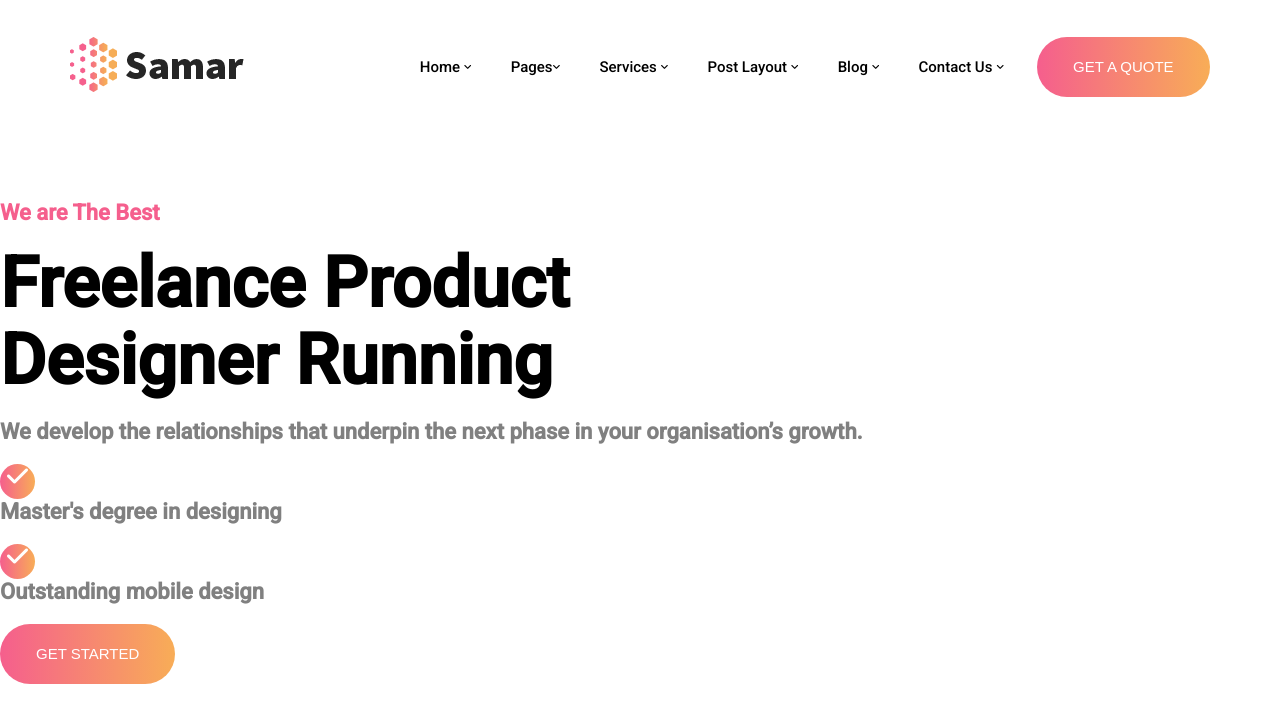
Repository: truongcongtrung2709/truongcongtrung__samar
Page: index.html
An editor plug-in stored every save of this project. The page is shown before and after the next save, followed by the edit.
The browser window is 1280 px wide. The pictures show the whole page.
Some web libraries are served in a nearby version.

Above is the page before, as saved 2022-06-22 21:13:58.

After the next save:
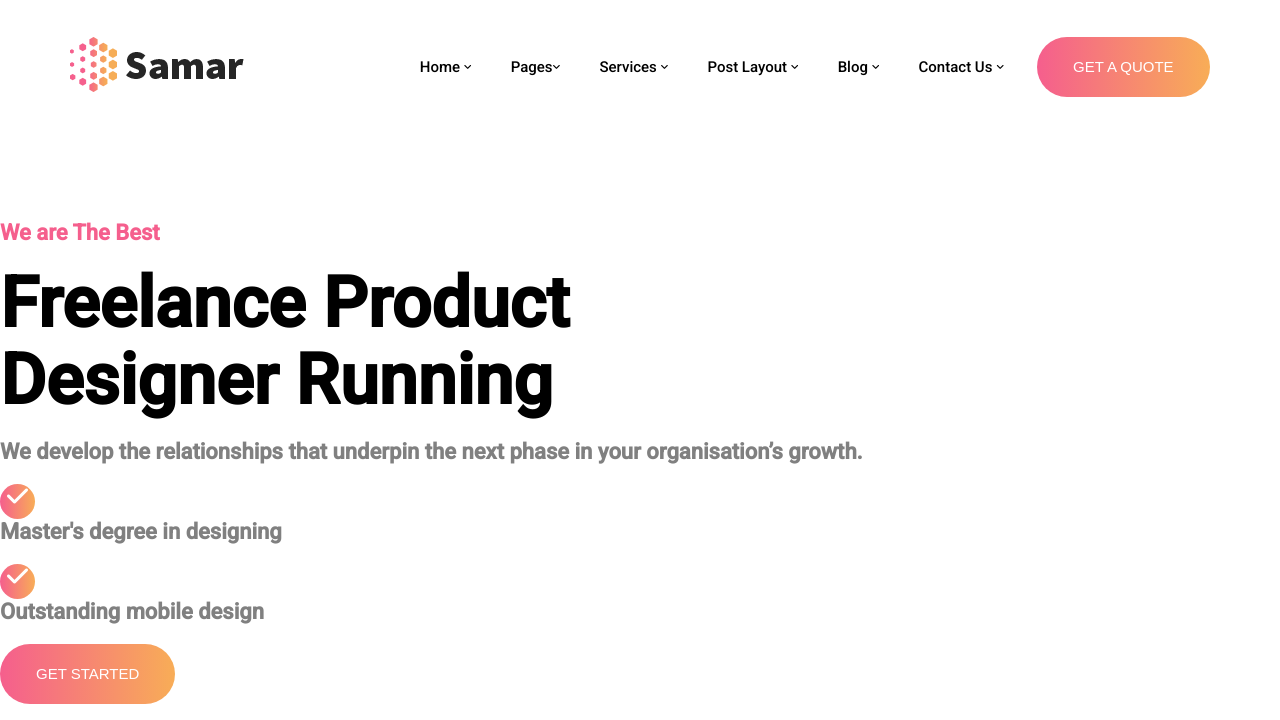
Saved 6 s later.
--- a/style.css
+++ b/style.css
@@ -118,7 +118,7 @@ header .container .header__content{
 }
 /* ----------Intro---------- */
 #intro{
-  padding-top: 200px;
+  padding-top: 220px;
 }
 }
 .intro__content{}
